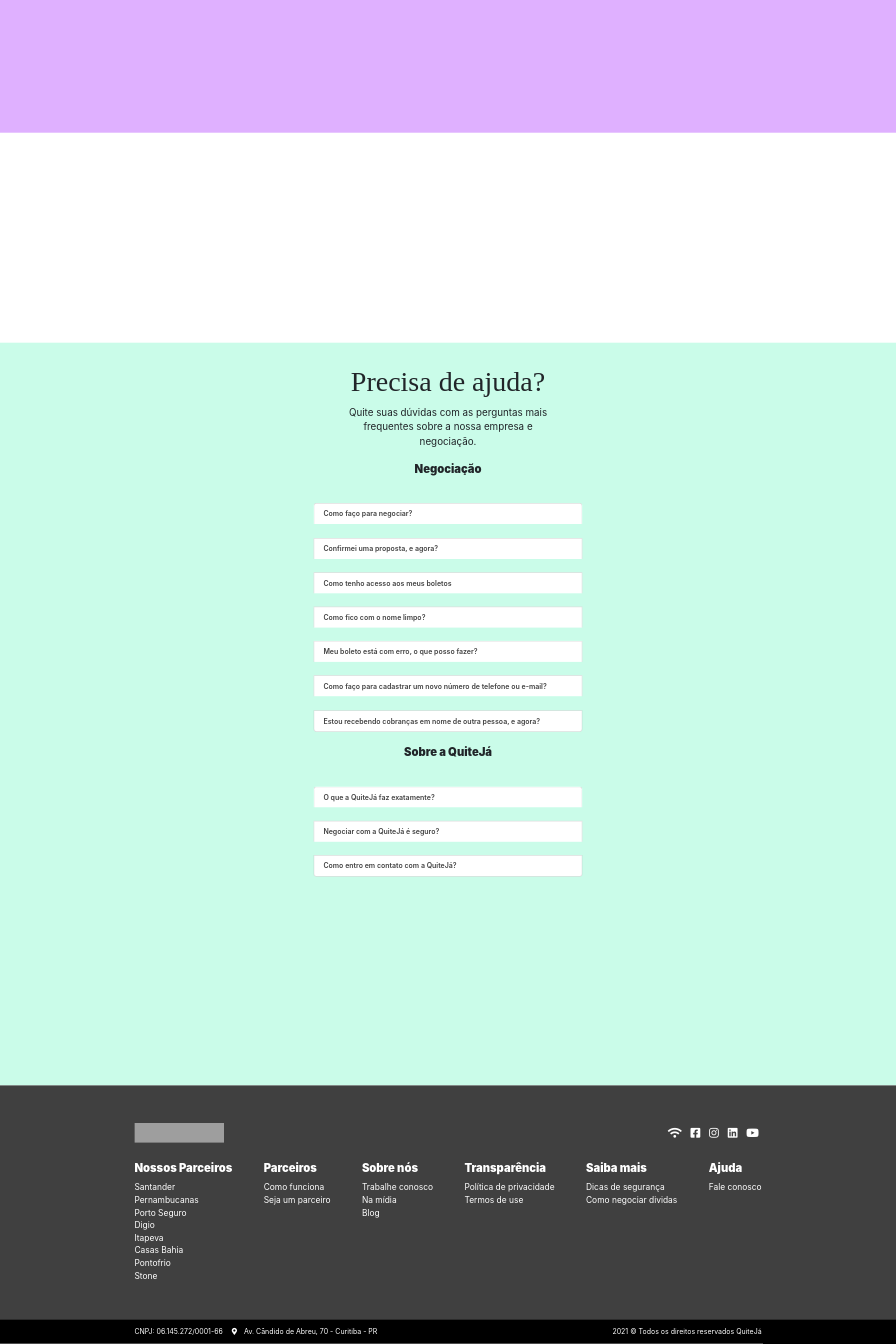
Repository: dasilvaoscar/estudos
Page: Layouts/index.html
The author's editor kept a copy of each file at every save. The page is drawn from the files as they stood at one save, then again after the next save.
The browser window is 1280 px wide. The pictures show the part of the page from y = 3191 to 5111 px (the page is 5111 px tall), at 70% of full size.
Pictures or frames that could not be fetched are drawn as grey boxes. Some web fonts or font styles are not loaded; a fallback is used.

Above is the page before, as saved 2021-01-29 12:58:26.

After the next save:
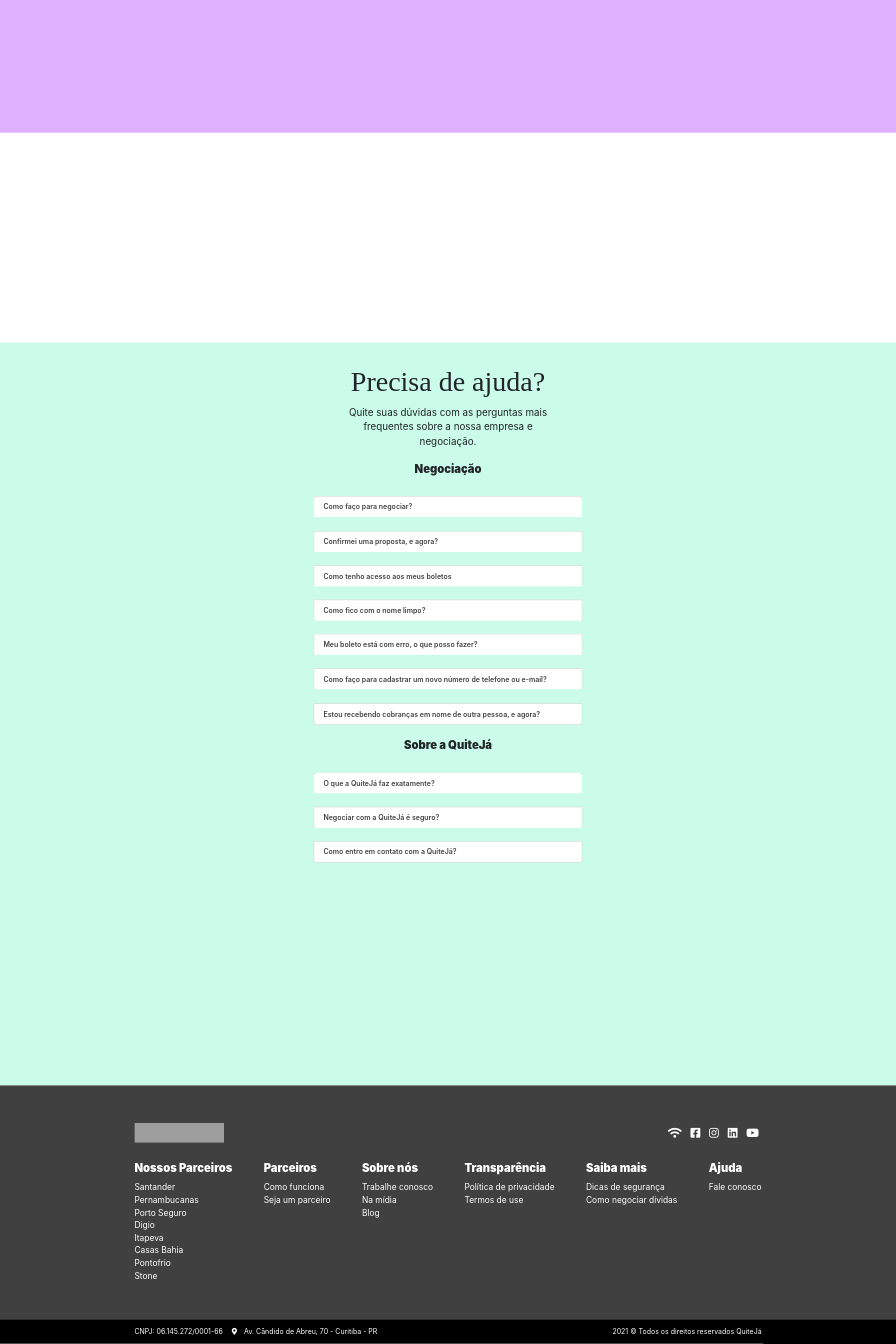
Saved 35 s later.
--- a/Layouts/assets/css/style.css
+++ b/Layouts/assets/css/style.css
@@ -245,7 +245,7 @@ ul.nav-bar-links li:last-child {
 
 .help h6 {
   font-weight: 900;
-  margin: 20px auto 20px auto;
+  margin: 20px auto 10px auto;
 }
 
 .accordion {
